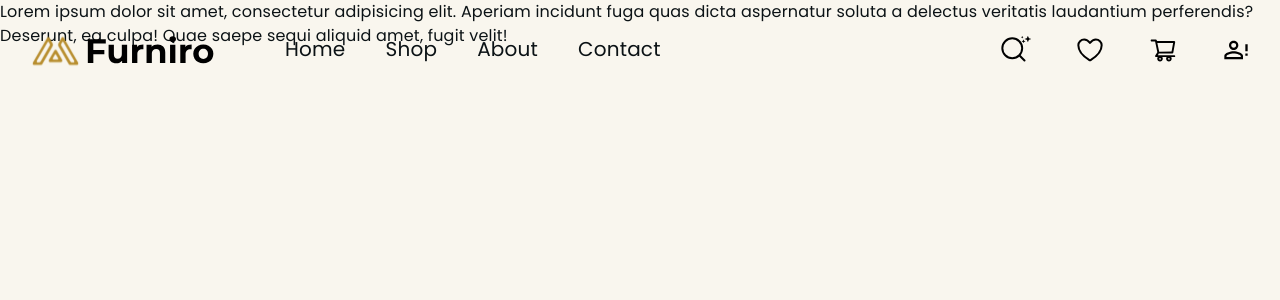
Repository: binhphanbp/furniro-interior_website
Page: index.html
These files come from the project's save history. The page is drawn as it stood at one moment and after the next save; the edit follows.
The browser window is 1280 px wide. The pictures show the whole page.

Above is the page before, as saved 2025-02-19 23:32:41.

### index.html
<!DOCTYPE html>
<html lang="en">
  <head>
    <meta charset="UTF-8" />
    <meta name="viewport" content="width=device-width, initial-scale=1.0" />
    <title>Furniro</title>

    <!-- Favicon -->
    <link rel="shortcut icon" href="./icons/favicon.ico" type="image/x-icon" />
    <link rel="icon" href="./icons/favicon.ico" type="image/x-icon" />

    <!-- Link CSS -->
    <link rel="stylesheet" href="./src/assets/styles/main.css" />
  </head>
  <body class="homepage">
    <!-- PROGRESS BAR -->
    <div class="progress-container">
      <div class="progress-bar"></div>
    </div>

    <!-- HEADER -->

    <header class="header">
      <div class="container">
        <nav class="header__menu">
          <a class="header__logo" href="#">
            <img src="./icons/furniro-logo-type.svg" alt="logo-furniro" />
          </a>
          <ul class="header__menu-list">
            <li>
              <a href="" class="--active">home</a>
            </li>
            <li>
              <a href="">shop</a>
            </li>
            <li>
              <a href="">about</a>
            </li>
            <li>
              <a href="">contact</a>
            </li>
          </ul>
        </nav>
        <ul class="header__icons">
          <a href="#" class="header__icons-item">
            <img src="./icons/icon-search.svg" alt="icon-search" />
          </a>
          <a href="#" class="header__icons-item">
            <img src="./icons/icon-heart.svg" alt="icon-heart" />
          </a>
          <a href="#" class="header__icons-item">
            <img src="./icons/icon-cart.svg" alt="icon-cart"
          /></a>
          <a href="#" class="header__icons-item">
            <img src="./icons/icon-account-alert.svg" alt="icon-account" />
          </a>
        </ul>
      </div>
    </header>

    <!-- MAIN -->
    <main class="main">
      <p>
        Lorem ipsum dolor sit amet, consectetur adipisicing elit. Aperiam
        incidunt fuga quas dicta aspernatur soluta a delectus veritatis
        laudantium perferendis? Deserunt, ea culpa! Quae saepe sequi aliquid
        amet, fugit velit!
      </p>
      <!-- Section Hero -->
      <section class="schero">
        <div class="container"></div>
      </section>

      <!-- Section Menu -->
      <section class="scmenu">
        <div class="container"></div>
      </section>

      <!-- Section Services -->
      <section class="scservices">
        <div class="container"></div>
      </section>

      <!-- Section Delivery -->
      <section class="scdelivery">
        <div class="container"></div>
      </section>

      <!-- Section Our Customers -->
      <section class="sccustomers">
        <div class="container"></div>
      </section>

      <!-- Section Our Blog -->
      <section class="scblog">
        <div class="container"></div>
      </section>
    </main>

    <!-- FOOTER -->
    <footer class="footer">
      <div class="container"></div>
    </footer>

    <!-- JavaScript -->
    <script type="module" src="./src/scripts/main.js"></script>
  </body>
</html>

### src/assets/styles/main.css
/* Reset CSS */
@import './base/reset.css';

/* Font */
@import './base/variables.css';
@import './base/fonts.css';

/* Layouts (General Structure) */
@import './base/layouts.css';

/* Components */
@import './components/header.css';
@import './components/footer.css';
@import './components/components.css';

/* Pages */
@import './pages/home.css';
@import './pages/shop.css';
@import './pages/shop-details.css';
@import './pages/cart.css';
@import './pages/checkout.css';
@import './pages/product-comparison.css';
@import './pages/blog.css';
@import './pages/contact.css';

### src/assets/styles/base/reset.css
* {
  margin: 0;
  padding: 0;
  border: 0;
  font-size: 100%;
  font: inherit;
  vertical-align: baseline;
  box-sizing: border-box;
}
body {
  line-height: 1;
}
ol,
ul {
  list-style: none;
}
blockquote,
q {
  quotes: none;
}
blockquote:before,
blockquote:after,
q:before,
q:after {
  content: '';
  content: none;
}
table {
  border-collapse: collapse;
  border-spacing: 0;
}
img,
object,
embed {
  max-width: 100%;
}

a {
  text-decoration: none;
  outline: 0;
}
strong {
  font-family: db;
}
sub {
  vertical-align: sub;
  font-size: smaller;
}
sup {
  vertical-align: super;
  font-size: smaller;
}

### src/assets/styles/base/variables.css
:root {
  /* Page Setting Variables */
  --max-width-page: 2560px;
  --max-width-container-fluid: 1920px;
  --max-width-container: calc(1236px + calc(var(--gap) * 2));

  --gap: 30px;
  --pd-left-right: 20px;

  /* Color Variables */
  --primary-cl: #b88e2f;
  --primary-cl-hover: #d3ac51;
  --secondary-cl: #fff3e3;
  --tertiary-cl: #f3e9dc;

  --white-page-cl: #f9f6ee;
  --black-cl: #0b1215;

  --gray-dark-cl: #898989;
  --gray-light-cl: #9f9f9f;
  --product-hover: #3a3a3a;

  --red-cl: #e97171;
  --green-cl: #2ec1ac;
  --purple-cl: #816dfa;

  /* Font-size, Line-height, Letter-spacing Variables: */
  --fs-h1: 5.6rem;
  --lh-h1: 6.5rem;
  --ls-h1: 2px;

  --fs-h2: 4rem;
  --lh-h2: 4.8rem;
  --ls-h2: 0.25px;

  --fs-h3: 2.4rem;
  --lh-h3: 2.8rem;
  --ls-h3: 0.1px;

  --fs-text-button: 1.6rem;
  --lh-text-button: 2.4rem;
  --ls-text-button: 0.2px;

  --fs-body: 1.6rem;
  --lh-body: 2.4rem;
  --ls-body: 0.2px;

  /* Fonts: */
  --font-body: ppr;
  --font-body-light: ppl;
  --font-body-medium: ppm;
  --font-body-semibold: ppsb;
  --font-body-bold: ppb;

  /* General Variables */
  --height-header: 100px;
  --height-footer: 505px;
  --height-button: 48px;
  --height-button-medium: 64px;
  --height-button-large: 74px;
  --pd-section: 60px;

  /* Timing Transition Variables: */
  --duration: 0.4s;
  --cubic: cubic-bezier(0.59, 0.29, 0.15, 0.93);
}

### src/assets/styles/base/fonts.css
@font-face {
  font-family: 'ppl';
  src: url('../../fonts/Poppins-Light.woff2') format('woff2'),
    url('../../fonts/Poppins-Light.woff') format('woff');
  font-weight: 300;
  font-style: normal;
  font-display: swap;
}

@font-face {
  font-family: 'ppr';
  src: url('../../fonts/Poppins-Regular.woff2') format('woff2'),
    url('../../fonts/Poppins-Regular.woff') format('woff');
  font-weight: normal;
  font-style: normal;
  font-display: swap;
}

@font-face {
  font-family: 'ppm';
  src: url('../../fonts/Poppins-Medium.woff2') format('woff2'),
    url('../../fonts/Poppins-Medium.woff') format('woff');
  font-weight: 500;
  font-style: normal;
  font-display: swap;
}

@font-face {
  font-family: 'ppsb';
  src: url('../../fonts/Poppins-SemiBold.woff2') format('woff2'),
    url('../../fonts/Poppins-SemiBold.woff') format('woff');
  font-weight: 600;
  font-style: normal;
  font-display: swap;
}

@font-face {
  font-family: 'ppb';
  src: url('../../fonts/Poppins-Bold.woff2') format('woff2'),
    url('../../fonts/Poppins-Bold.woff') format('woff');
  font-weight: bold;
  font-style: normal;
  font-display: swap;
}

### src/assets/styles/base/layouts.css
html {
  font-size: 62.5%;

  scroll-behavior: smooth;

  /* CUSTOM SCROLLBAR */
  /* width */
  ::-webkit-scrollbar {
    width: 10px;
  }
  /* Track */
  ::-webkit-scrollbar-track {
    background: var(--gray-light-cl);
  }
  /* Handle */
  ::-webkit-scrollbar-thumb {
    background: var(--primary-cl);
    border-radius: 40px;
  }
  /* Handle on hover */
  ::-webkit-scrollbar-thumb:hover {
    background: var(--gray-dark-cl);
  }

  /* Custom background-color text selection */
  ::-moz-selection {
    color: var(--white-page-cl);
    background: var(--primary-cl);
  }
  ::selection {
    color: var(--white-page-cl);
    background: var(--primary-cl);
  }
}

body {
  background-color: var(--white-page-cl);
  width: 100%;
  max-width: var(--max-width-page);
  margin: auto;

  color: var(--black-cl);
  font-family: var(--font-body);
  font-size: var(--fs-body);
  line-height: var(--lh-body);
  letter-spacing: var(--ls-body);
}

.container-fluid {
  width: 100%;
  max-width: var(--max-width-container-fluid);
  padding-right: var(--gap);
  padding-left: var(--gap);
  margin-right: auto;
  margin-left: auto;
  position: relative;
}

.container {
  width: 100%;
  max-width: var(--max-width-container);
  padding-right: var(--gap);
  padding-left: var(--gap);
  margin-right: auto;
  margin-left: auto;
  position: relative;
}

.main {
  position: relative;
}

section .ptb {
  padding: var(--pd-section) 0;
}
section .pt {
  padding: var(--pd-section);
}
section .pb {
  padding: var(--pd-section);
}

### src/assets/styles/components/header.css
.header {
  position: absolute;
  top: 0;
  z-index: 3;
  width: 100%;
  max-width: var(--max-width-page);
  height: var(--height-header);
}

.header .container {
  display: flex;
  align-items: center;
  justify-content: space-between;
  height: 100%;
}

.header .header__menu {
  display: flex;
  align-items: center;
  gap: 50px;
}

/* Header Menu */
.header .header__menu .header__menu-list {
  display: flex;
}

.header .header__menu .header__menu-list li a {
  padding: 8px var(--pd-left-right);
  text-transform: capitalize;
  font-size: 2rem;
  color: var(--black-cl);
  text-wrap: nowrap;

  transition: var(--duration);
  -webkit-transition: var(--duration);
  -moz-transition: var(--duration);
  -ms-transition: var(--duration);
  -o-transition: var(--duration);
}
.header .header__menu .header__menu-list li a::after {
  content: '';
  display: block;
  /* width: calc(100% - calc(var(--padding-lf) * 2)); */
  width: 0;
  height: 2px;
  background-color: var(--primary-cl);
  position: absolute;
  bottom: 0;
  left: 50%;
  transform: translateX(-50%);

  transition: var(--duration);
  -webkit-transition: var(--duration);
  -moz-transition: var(--duration);
  -ms-transition: var(--duration);
  -o-transition: var(--duration);
}
.header .header__menu .header__menu-list li a:hover,
.header .header__menu .header__menu-list li a.--active {
  color: var(--main-cl);
}

/* Header Icons */
.header .header__icons {
  display: flex;
  gap: 45px;
}

### src/assets/styles/components/components.css
img {
  max-width: 100%;
  -webkit-user-select: none;
  -moz-user-select: none;
  -ms-user-select: none;
  user-select: none;
  display: block;
  outline: 0;
  object-fit: contain;
}

img .--center {
  margin: 0 auto;
  display: block;
}

.--hidden {
  display: none;
}

.--disable-scroll {
  height: 100vh;
  overflow: hidden;
}

/* Progress Bar */
.progress-container {
  position: fixed;
  top: 0;
  left: 0;
  width: 100%;
  height: 5px;
  background: var(--white-page-cl);
}

.progress-bar {
  height: 100%;
  background: var(--primary-cl);
  width: 0%;

  /* Scroll-driven animation */
  animation: grow linear;
  animation-timeline: scroll();
}

@keyframes grow {
  from {
    width: 0%;
  }
  to {
    width: 100%;
  }
}

/* Heading */
.heading {
  font-family: prb;
  color: var(--black-cl);
  text-transform: uppercase;
}
.heading .--h1 {
  font-size: var(--fs-h1);
  line-height: var(--lh-h1);
  letter-spacing: var(--ls-h1);
}
.heading .--h2 {
  font-size: var(--fs-h2);
  line-height: var(--lh-h2);
  letter-spacing: var(--ls-h2);
}
.heading .--h3 {
  font-size: var(--fs-h3);
  line-height: var(--lh-h3);
  letter-spacing: var(--ls-h3);
}
.heading .--primary-cl {
  color: var(--primary-cl);
}
.heading .--gray-light-cl {
  color: var(--gray-light-cl);
}

.textbutton {
  font-family: var(--font-body-semibold);
  font-size: var(--fs-text-button);
  line-height: var(--lh-text-button);
  letter-spacing: var(--ls-text-button);
}
/* Textbox */
.textbox .--align-center {
  text-align: center;
}

.textbox .desc {
  margin-top: 10px;
  color: var(--gray-dark-cl);
}

/* BUTTON */
.btn {
  display: inline-flex;
  align-items: center;
  justify-content: center;
  gap: 10px;
  padding: 0 36px;

  height: var(--height-button);
  font-family: var(--font-body-semibold);
  border: var(--primary-cl) solid 1px;
  background-color: var(--primary-cl);
  color: var(--white-page-cl);

  white-space: nowrap;
  cursor: pointer;
  transition: var(--duration);
  -webkit-transition: var(--duration);
  -moz-transition: var(--duration);
  -ms-transition: var(--duration);
  -o-transition: var(--duration);
}
.btn:hover {
  border: var(--white-page-cl) solid 1px;
  background-color: var(--primary-cl);
  color: var(--primary-cl);
}

.btn .--large {
  height: var(--height-button-large);
  padding: 0 72px;

  font-family: var(--font-body-bold);
  text-transform: uppercase;
}

.btn .--stroke {
  height: 48px;
  padding: 0 78px;
  background-color: transparent;
  color: var(--primary-cl);
  stroke: 1px solid var(--primary-cl);
}
.btn .--stroke:hover {
  background-color: var(--primary-cl);
  color: var(--white-page-cl);
}

.btn .--stroke-black {
  height: 48px;
  padding: 0 48px;
  background-color: transparent;
  color: var(--black-cl);
  stroke: 1px solid var(--black-cl);
}
.btn .--stroke-black:hover {
  background-color: var(--black-cl);
  color: var(--white-page-cl);
}

/* Button Pagination */
.btn-pagination {
  height: 60px;
  padding: 0 27px;

  background-color: var(--secondary-cl);
  color: var(--black-cl);
}
.btn-pagination:hover {
  background-color: var(--primary-cl-hover);
  color: var(--white-page-cl);
}
.btn-pagination .--active {
  background-color: var(--primary-cl);
  color: var(--white-page-cl);
}

Loaded but not shown: src/scripts/main.js (no stored copy; drawn as an empty file); src/assets/styles/components/footer.css (no stored copy; drawn as an empty file); src/assets/styles/pages/home.css (no stored copy; drawn as an empty file); src/assets/styles/pages/shop.css (no stored copy; drawn as an empty file); src/assets/styles/pages/shop-details.css (no stored copy; drawn as an empty file); src/assets/styles/pages/cart.css (no stored copy; drawn as an empty file); src/assets/styles/pages/checkout.css (no stored copy; drawn as an empty file); src/assets/styles/pages/product-comparison.css (no stored copy; drawn as an empty file); src/assets/styles/pages/blog.css (no stored copy; drawn as an empty file); src/assets/styles/pages/contact.css (no stored copy; drawn as an empty file)

After the next save:
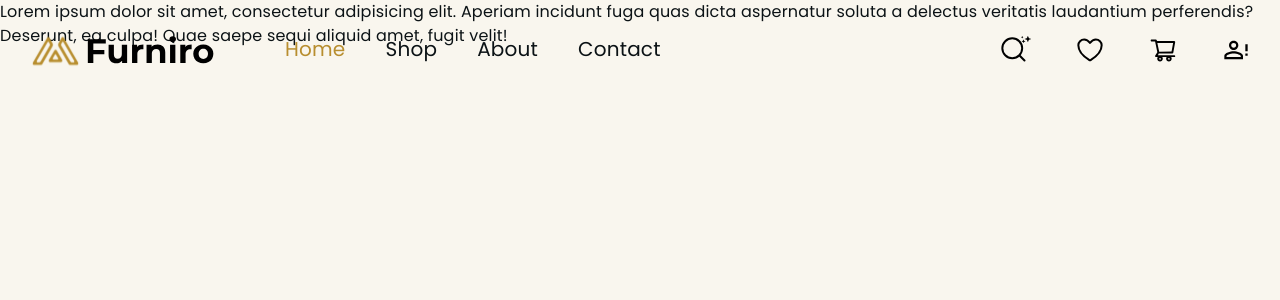
Saved 5 s later.
--- a/src/assets/styles/components/header.css
+++ b/src/assets/styles/components/header.css
@@ -58,7 +58,7 @@
 }
 .header .header__menu .header__menu-list li a:hover,
 .header .header__menu .header__menu-list li a.--active {
-  color: var(--main-cl);
+  color: var(--primary-cl);
 }
 
 /* Header Icons */
